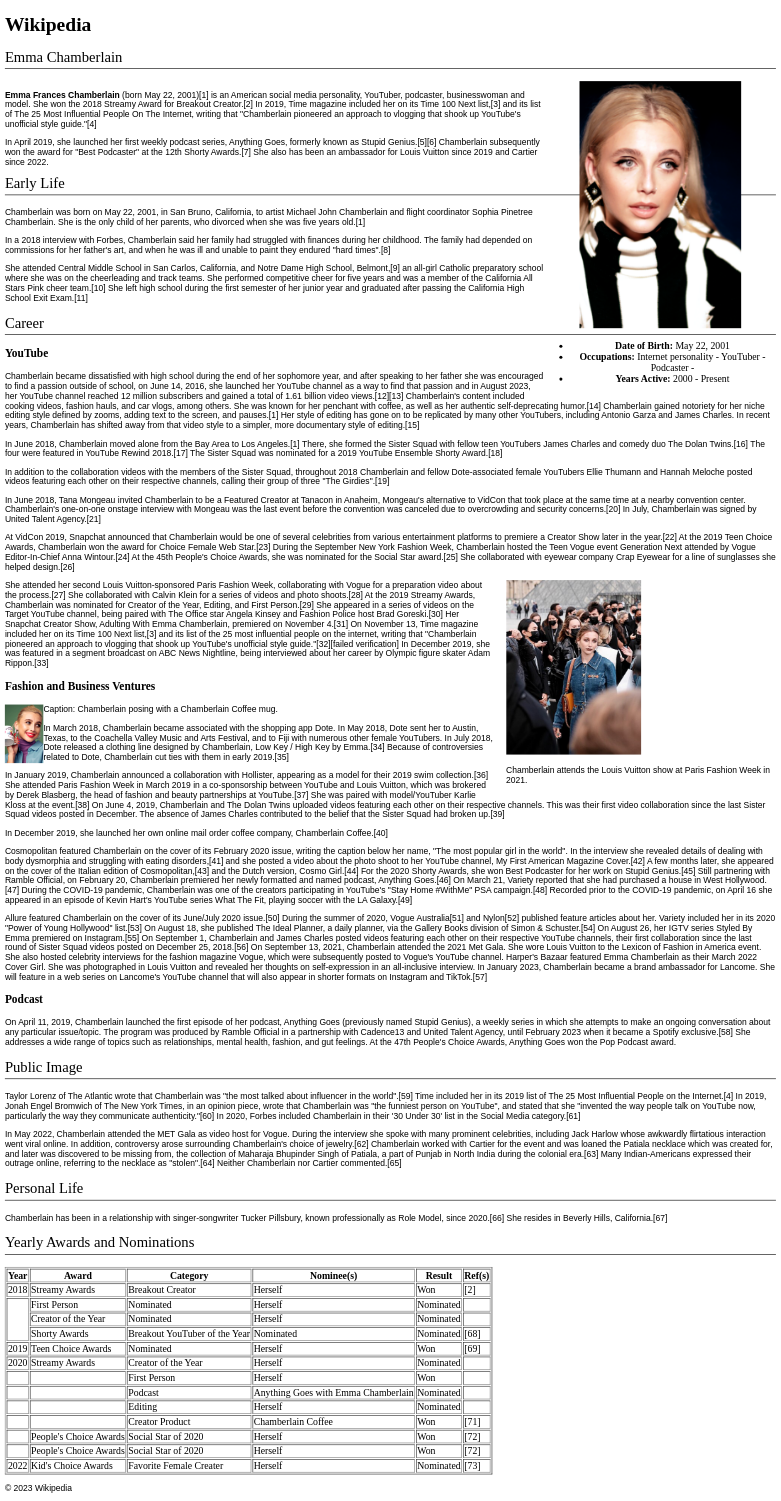
Repository: ethan-schrauf/UniversalDesignWebsite
Page: wikipedia.html
These files come from the project's save history. The page is drawn as it stood at one moment and after the next save; the edit follows.
The browser window is 1280 px wide. The pictures show the whole page, at 61% of full size.

Above is the page before, as saved 2023-09-30 00:06:12.

After the next save:
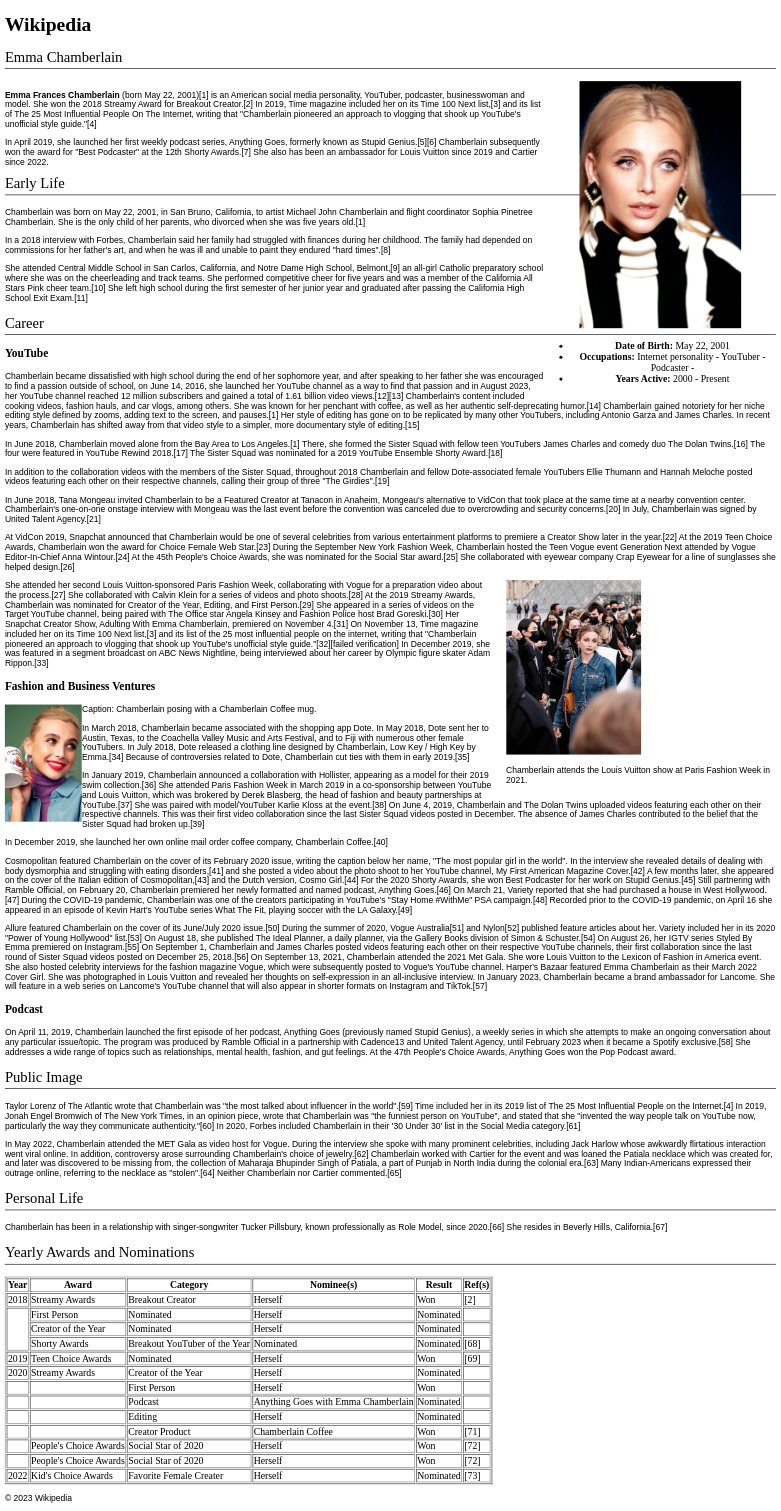
Saved 19 s later.
--- a/wikipedia.html
+++ b/wikipedia.html
@@ -125,7 +125,7 @@ h2 {
 
     <section id="coffee-and-business">
         <div class="image-caption">
-            <img src="images/chamberlain-coffee.png" alt="Chamberlain posing with a Chamberlain Coffee mug" width="5%" align="left">
+            <img src="images/chamberlain-coffee.png" alt="Chamberlain posing with a Chamberlain Coffee mug" width="10%" align="left">
             <p>Caption: Chamberlain posing with a Chamberlain Coffee mug.</p>
         </div>
         <div class="text-wrapper">
